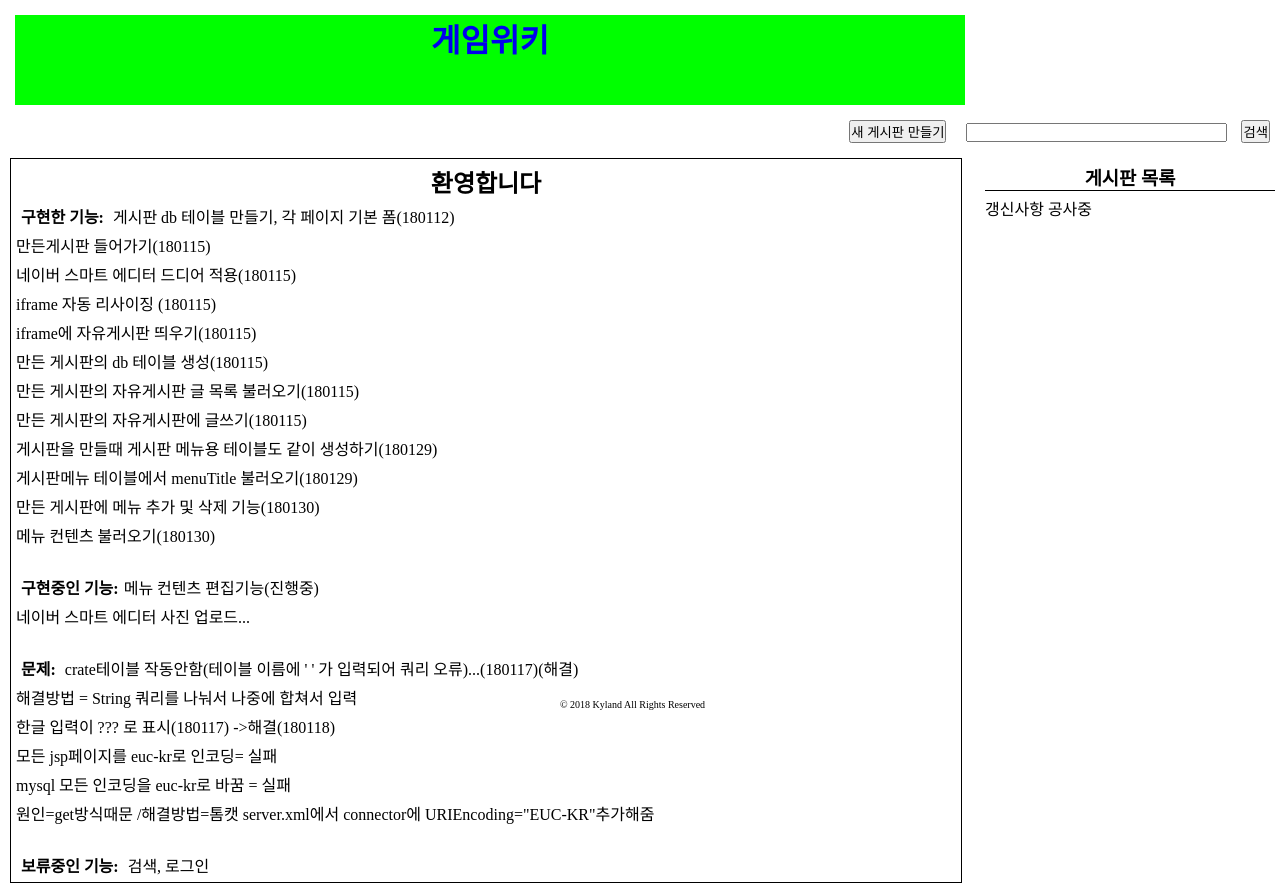
Repository: sithslord/GameWiki
Page: http://localhost/JSPBoard/MainPage/Main.jsp
An editor plug-in stored every save of this project. The page is shown before and after the next save, followed by the edit.
The browser window is 1280 px wide. The page is 1285 px wide, so the pictures cover 1285 px, including what lies to the right of the window. The pictures show the whole page.
The page is served by Tomcat 9.

Above is the page before, as saved 2018-01-30 06:47:55.

After the next save:
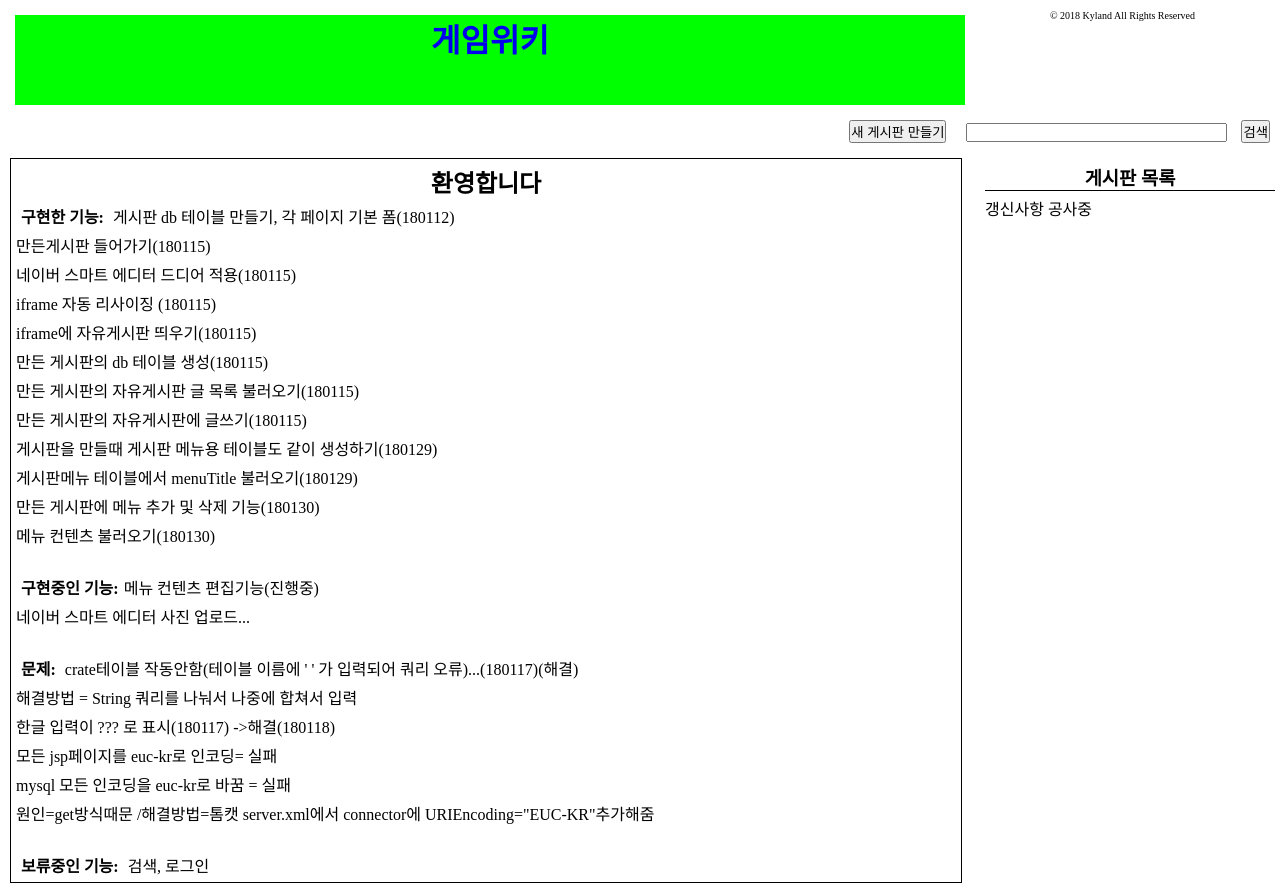
Saved 2 min 3 s later.
--- a/ReWork/JSPBoard/WebContent/MainPage/Main.jsp
+++ b/ReWork/JSPBoard/WebContent/MainPage/Main.jsp
@@ -53,8 +53,7 @@
 
 #footer{
 
-	position: absolute;
-	bottom: 0;
+	float: bottom;
 	text-align: center !important;
 
 }

After the 2 saves that followed:
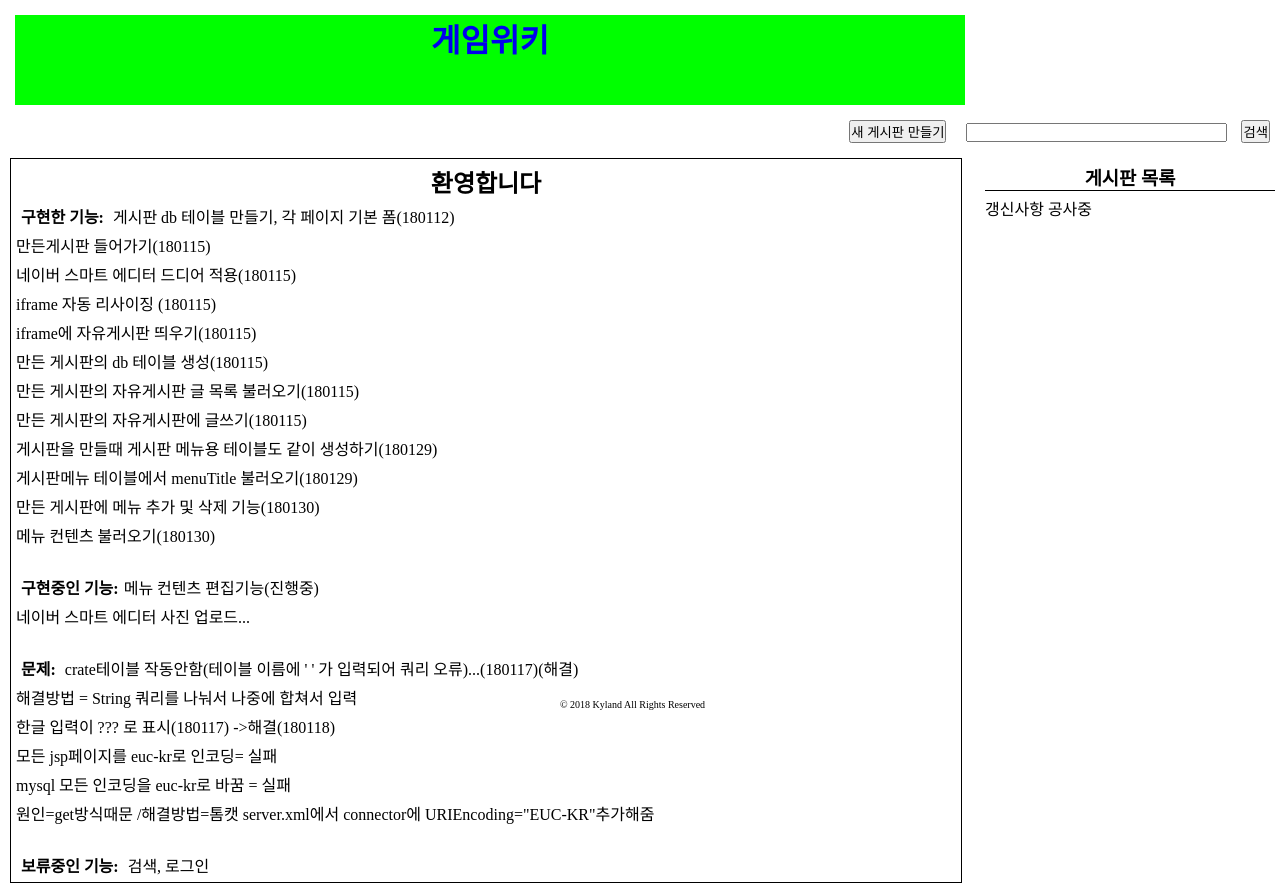
The 2 saves are shown as one change because 1 left the picture as it was.
The last was saved 18 s later.
--- a/ReWork/JSPBoard/WebContent/MainPage/Main.jsp
+++ b/ReWork/JSPBoard/WebContent/MainPage/Main.jsp
@@ -53,7 +53,8 @@
 
 #footer{
 
-	float: bottom;
+	position: absolute;
+	bottom: 0;
 	text-align: center !important;
 
 }
